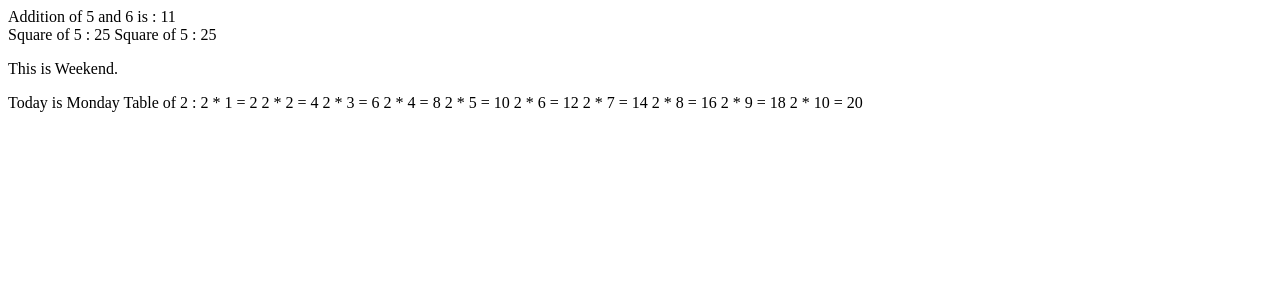
Repository: Shivanishinde8225/User-Managment-System
Page: http://localhost/JspDemo/Demo.jsp
These files come from the project's save history. The page is drawn as it stood at one moment and after a run of saves; the edit follows.
The browser window is 1280 px wide. The pictures show the whole page.
The page is served by Tomcat 9.

Above is the page before, as saved 2023-04-01 05:37:32.

After the next 2 saves:
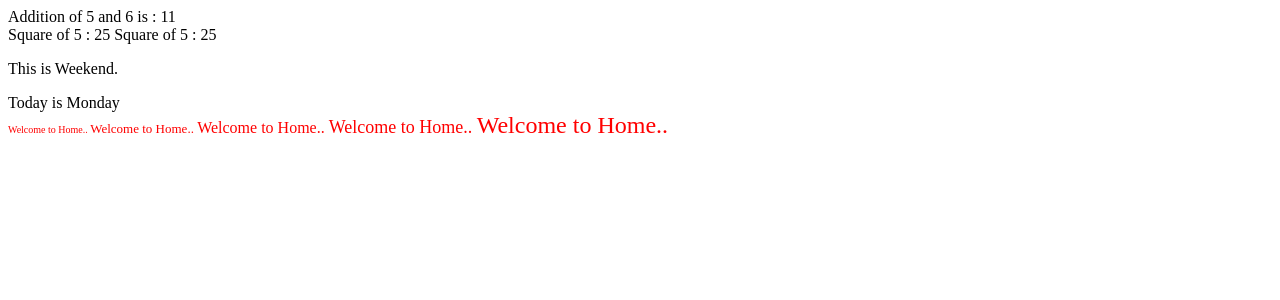
The 2 saves are shown as one change because 1 did not build or start.
The last was saved 10 min 23 s later.
--- a/JspDemo/webapp/Demo.jsp
+++ b/JspDemo/webapp/Demo.jsp
@@ -22,7 +22,7 @@
 
 	<%-- This is comments --%>
 
-	<%! int day = 6; %>
+	<%! int day = 6 ; %>
 	<%if(day == 6 || day == 7){%>
 		<p>This is Weekend.</p>
 	<%}else{%>
@@ -56,12 +56,14 @@
 		break;
 	default:
 		out.print("invalid input");
-	} %>
+	} %><br>
 
-	<%out.print("Table of 2 :");
-	for(int i = 1; i <= 10; i++){
-		out.println(" 2 "+" * "+i+" = "+(2*i)+" \n");
+	<%for(int  i = 1; i <= 5; i++){%>
+		<font color = "red" size= "<%=i%>">
+		Welcome to Home..
+		</font>
 
-	} %>
+
+	<% }%>
 </body>
 </html>
